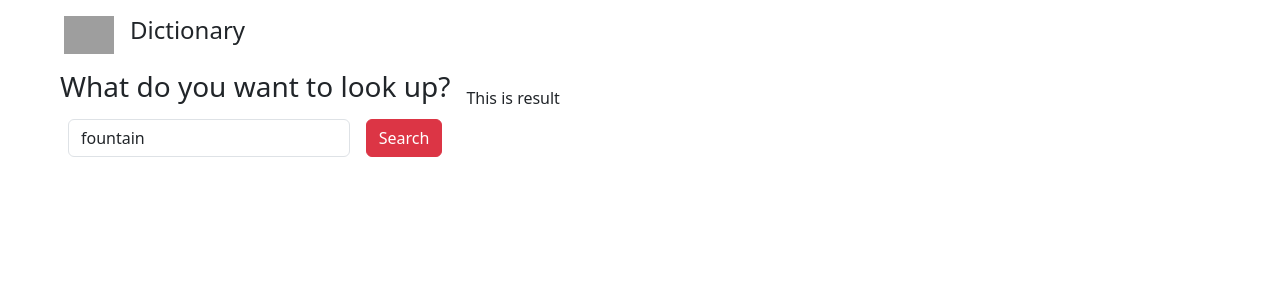
Repository: moehaymanmyint/react-dictionary-app
Page: /
The author's editor kept a copy of each file at every save. The page is drawn from the files as they stood at one save, then again after the next save.
The browser window is 1280 px wide. The pictures show the whole page.
Pictures or frames that could not be fetched are drawn as grey boxes. The page's requests for data from a server got no answer. The project was rebuilt for these pictures with package versions that can differ from the ones it lists, and the page was loaded fresh each time. No one was signed in, and anything a server would have sent is missing.

Above is the page before, as saved 2024-08-28 10:30:05.

After the next save:
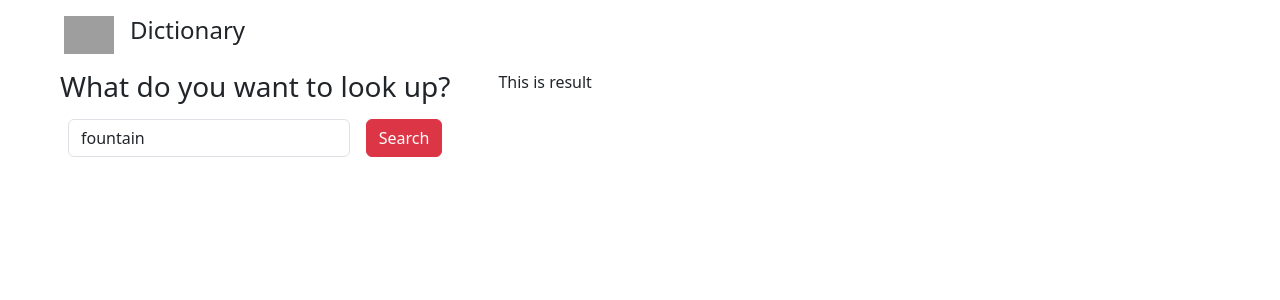
Saved 16 s later.
--- a/src/App.js
+++ b/src/App.js
@@ -21,7 +21,7 @@ function App() {
         </div>
 
         {/* Content */}
-        <div className="content m-3" >
+        <div className="content mx-5" >
           <Result />
         </div>
 
